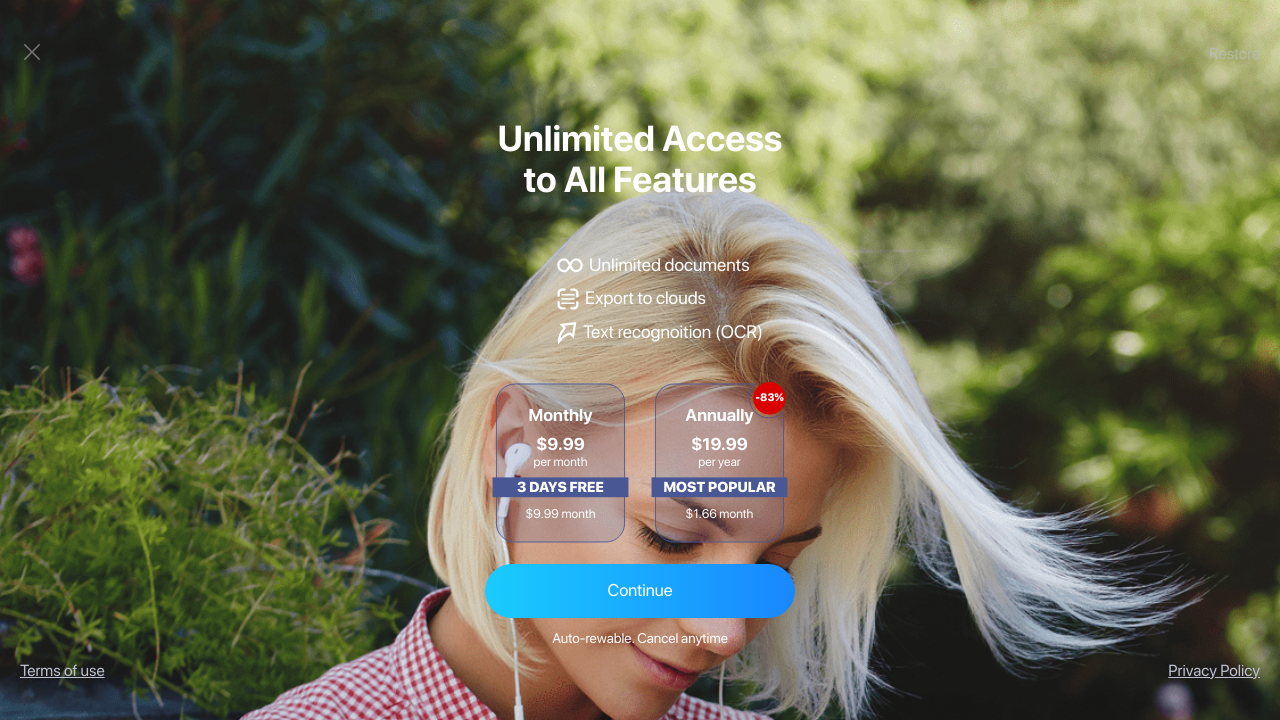
Repository: Ivan0195/bp-banner
Page: /
These files come from the project's save history. The page is drawn as it stood at one moment and after a run of saves; the edit follows.
The browser window is 1280 px wide. The pictures show the whole page.
The project was rebuilt for these pictures with package versions that can differ from the ones it lists, and the page was loaded fresh each time. Also part of the build but not shown: webpack.config.js.

Above is the page before, as saved 2023-03-17 11:11:43.

After the next 2 saves:
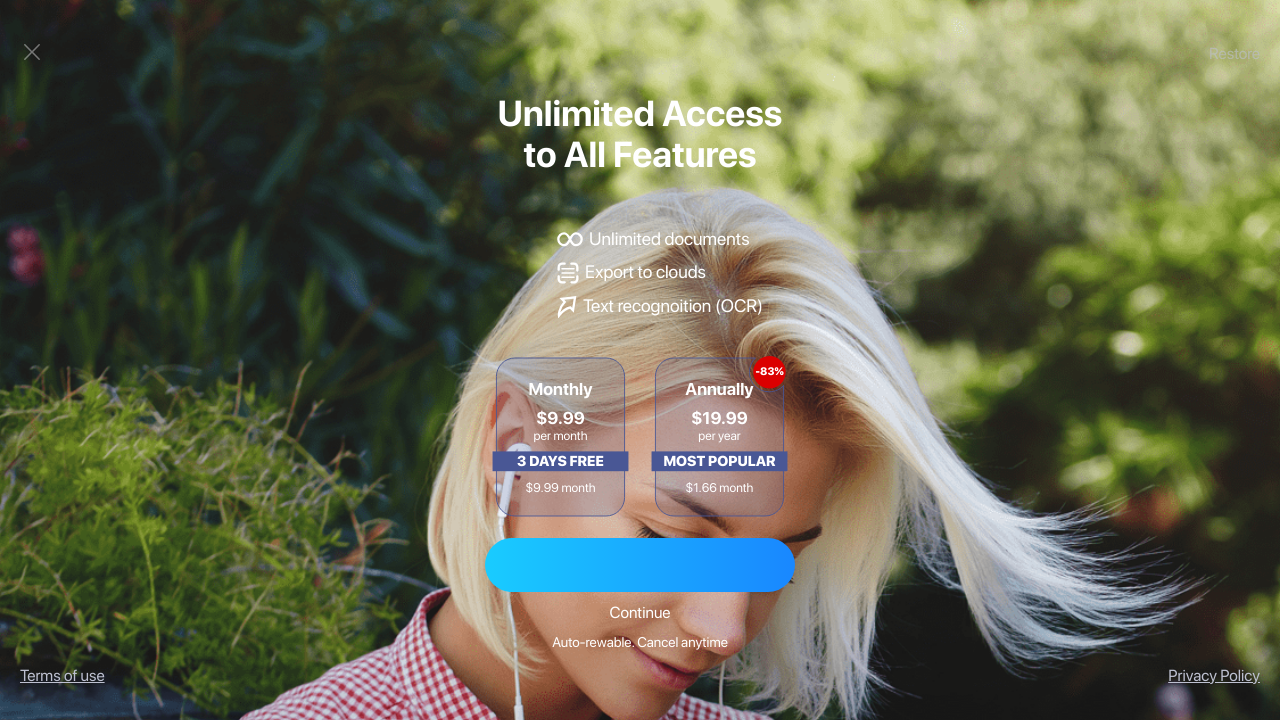
The 2 saves are shown as one change because they came seconds apart.
The last was saved 9 s later.
--- a/src/index.html
+++ b/src/index.html
@@ -56,7 +56,7 @@
 
     </div>
 
-      <in id="button" class="continueButton">Continue</in>
+      <input type="button" id="button" class="continueButton">Continue</input>
       <span class="smallText">Auto-rewable. Cancel anytime</span>
   </main>
 

After the save that followed:
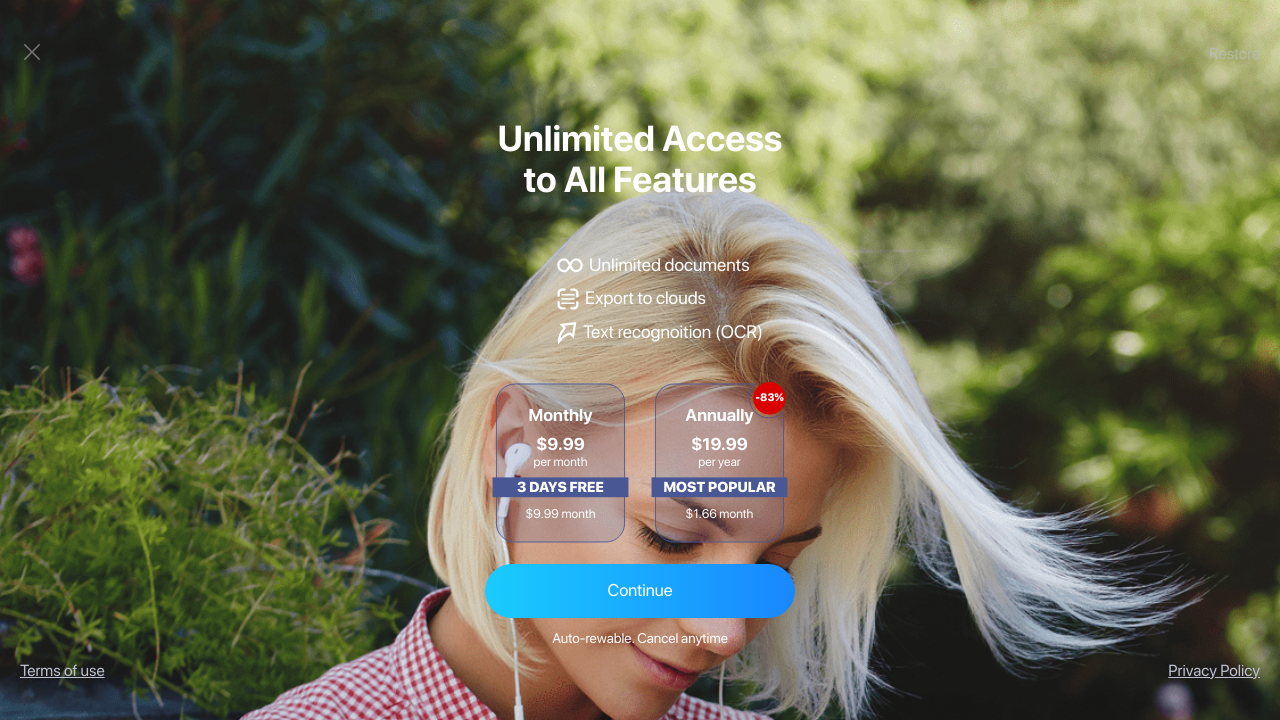
Saved 11 s later.
--- a/src/index.html
+++ b/src/index.html
@@ -56,7 +56,7 @@
 
     </div>
 
-      <input type="button" id="button" class="continueButton">Continue</input>
+      <a id="button" class="continueButton">Continue</a>
       <span class="smallText">Auto-rewable. Cancel anytime</span>
   </main>
 
